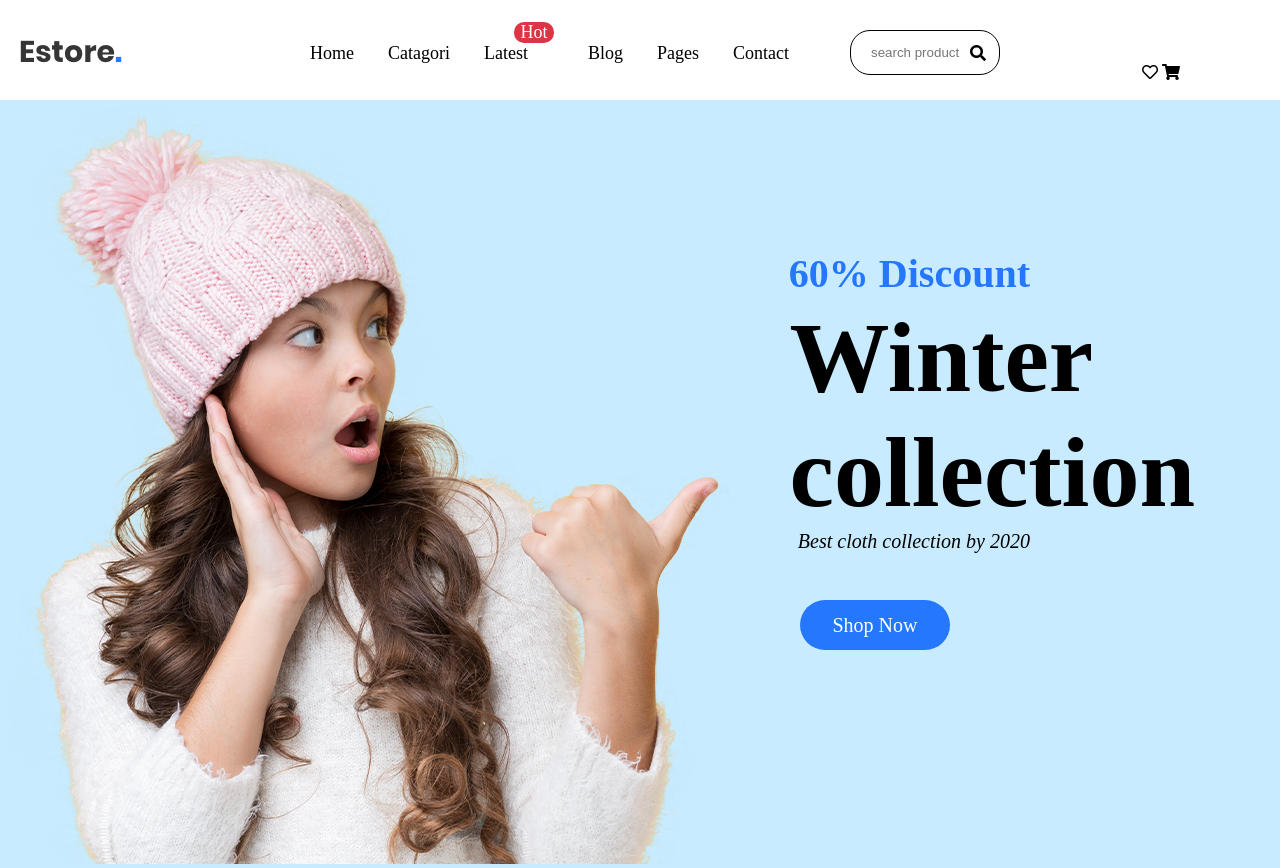
Repository: nhutduy0803/template1
Page: index.html
An editor plug-in stored every save of this project. The page is shown before and after the next save, followed by the edit.
The browser window is 1280 px wide. The pictures show the whole page.

Above is the page before, as saved 2021-12-02 21:58:58.

After the next save:
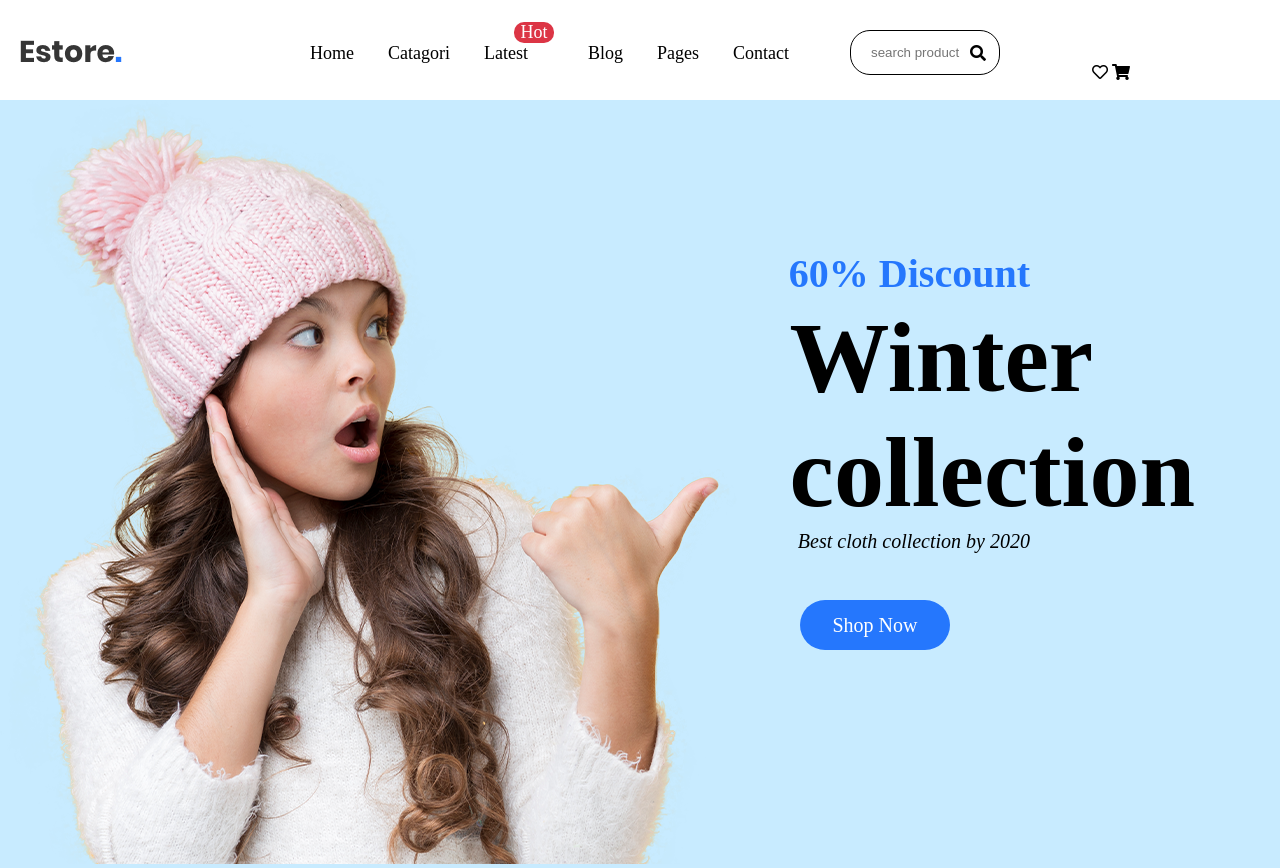
Saved 10 s later.
--- a/assets/css/style.css
+++ b/assets/css/style.css
@@ -241,5 +241,5 @@ html {
 
 .icon-header {
   position: absolute;
-  right: 100px;
-}
+  right: 150px;
+}
